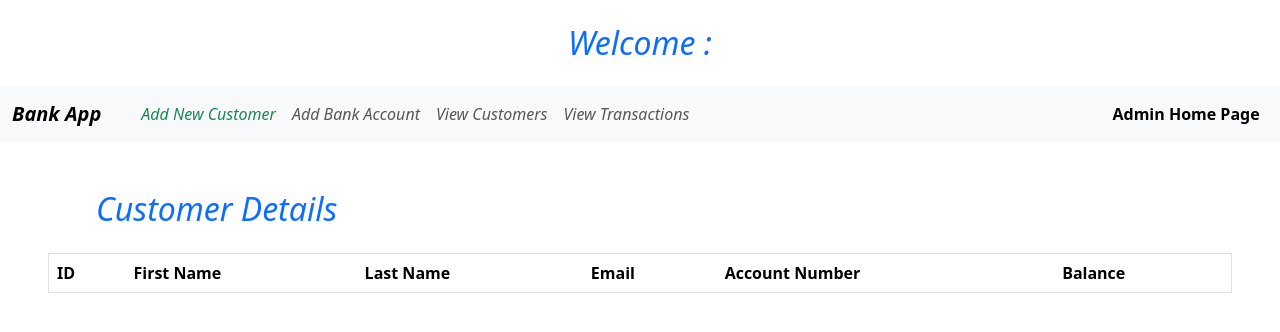
Repository: Niket-mishra/Dummy
Page: http://localhost/demo/user-list.jsp
The author's editor kept a copy of each file at every save. The page is drawn from the files as they stood at one save, then again after the next save.
The browser window is 1280 px wide. The pictures show the whole page.
The page is served by Tomcat 10. The template is opened directly, without the code that normally fills it, so the values that code supplies are empty.

Above is the page before, as saved 2024-05-12 10:02:57.

After the next save:
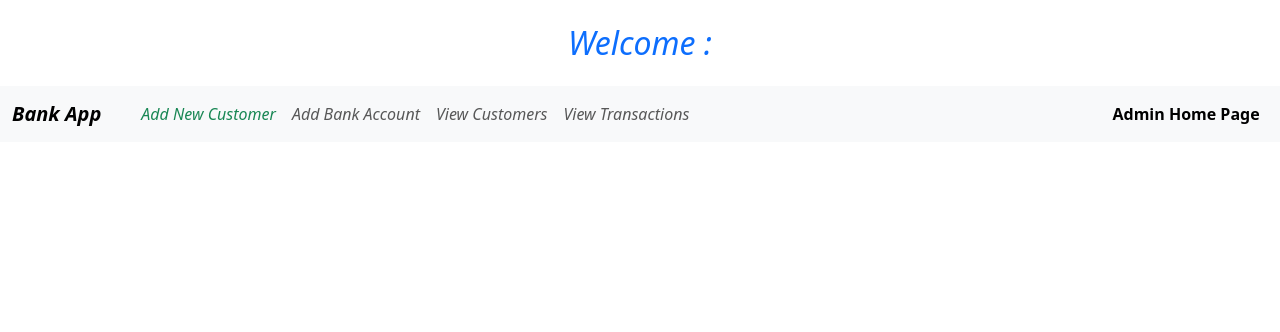
Saved 93 s later.
--- a/demo/src/main/webapp/user-list.jsp
+++ b/demo/src/main/webapp/user-list.jsp
@@ -7,7 +7,11 @@
             <title>Admin Home</title>
 <link href="https://cdn.jsdelivr.net/npm/bootstrap@5.3.3/dist/css/bootstrap.min.css" rel="stylesheet">
 <style>
-
+#myDiv2 {
+            display: none;
+            margin-top: 10px;
+            cursor: pointer;
+       		 }
 	#myDiv3 {
             display: none;
             margin-top: 10px;
